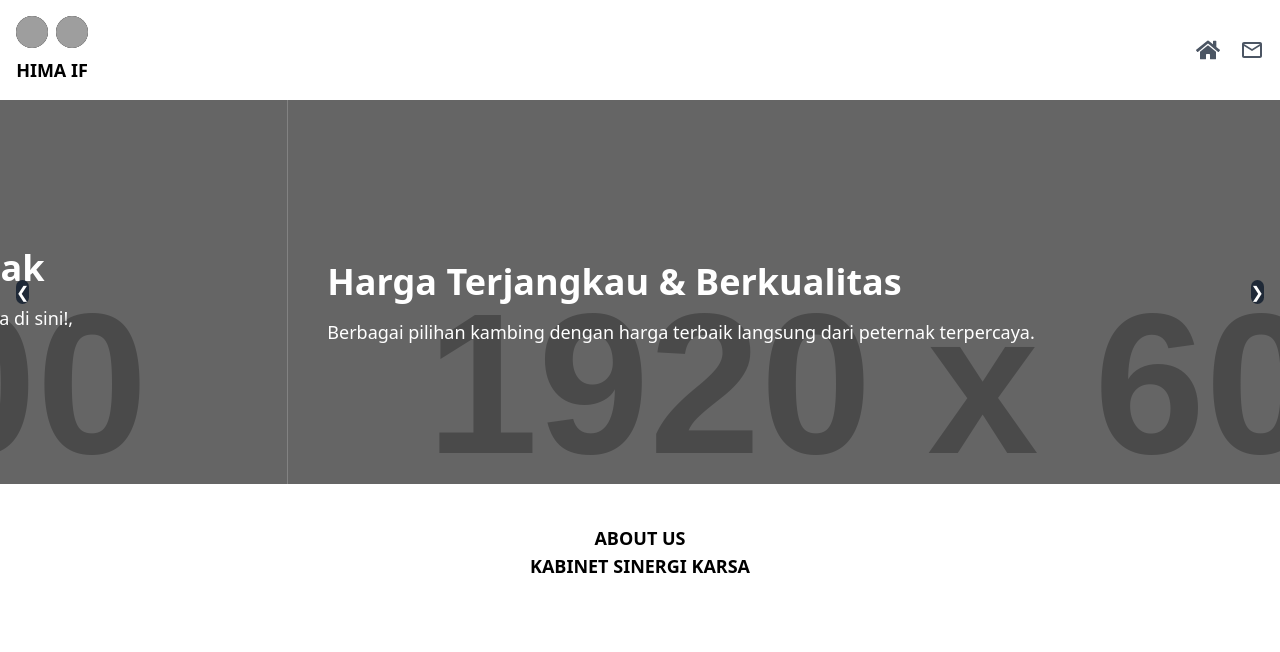
Repository: MUHAMADTEGARWIJAYA/himaif
Page: /
An editor plug-in stored every save of this project. The page is shown before and after the next save, followed by the edit.
The browser window is 1280 px wide. The pictures show the whole page.
Pictures or frames that could not be fetched are drawn as grey boxes. The project was rebuilt for these pictures with package versions that can differ from the ones it lists, and the page was loaded fresh each time. Also part of the build but not shown: vite.config.js.

Above is the page before, as saved 2024-12-21 14:44:15.

After the next save:
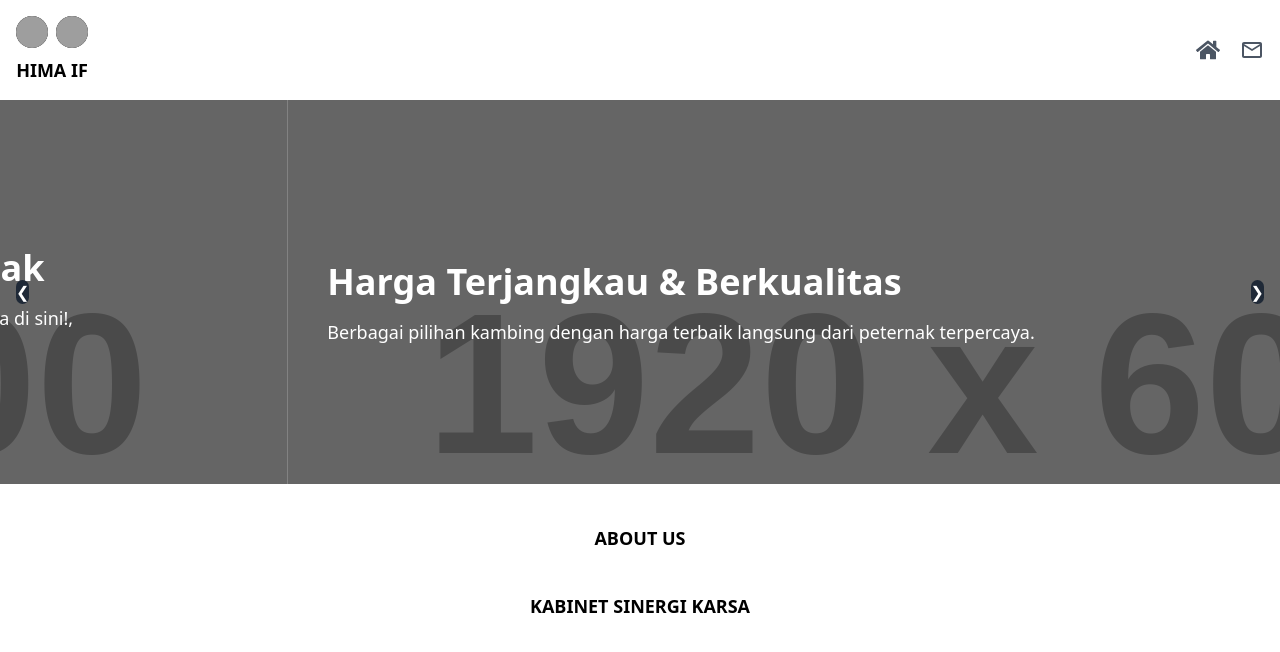
Saved 19 s later.
--- a/src/pages/Members.jsx
+++ b/src/pages/Members.jsx
@@ -4,7 +4,7 @@ const About = () => {
   return (
    <div className=" justify-center items-center mt-10">
     <h1 className="text-center font-bold text-lg">ABOUT US</h1>
-    <h1 className="text-center font-bold text-lg">KABINET SINERGI KARSA</h1>
+    <h1 className="text-center font-bold text-lg mt-10">KABINET SINERGI KARSA</h1>
    </div>
   );
 };
